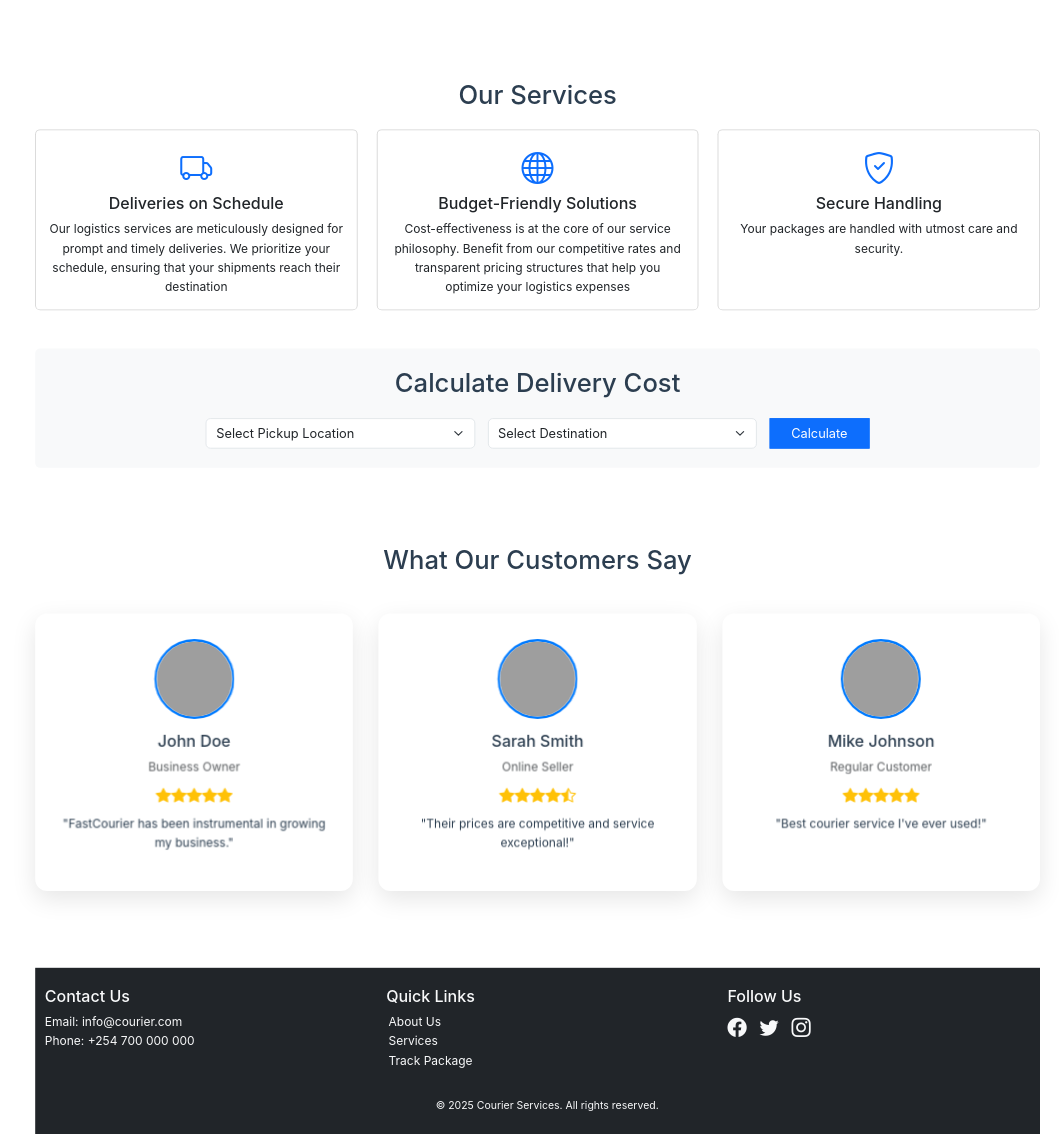
Repository: stancillous/package-yangu-logistics
Page: /
The author's editor kept a copy of each file at every save. The page is drawn from the files as they stood at one save, then again after a run of saves.
The browser window is 1280 px wide. The page is 1324 px wide, so the pictures cover 1324 px, including what lies to the right of the window. The pictures show the part of the page from y = 676 to 2094 px (the page is 2094 px tall), at 80% of full size.
Pictures or frames that could not be fetched are drawn as grey boxes. The project was rebuilt for these pictures with package versions that can differ from the ones it lists, and the page was loaded fresh each time. Also part of the build but not shown: vite.config.ts.

Above is the page before, as saved 2025-01-31 14:09:24.

### index.html
<!DOCTYPE html>
<html lang="">
  <head>
    <meta charset="UTF-8">
    <meta name="viewport" content="width=device-width, initial-scale=1.0">
    <link rel="icon" href="/favicon.ico">

    <!-- Bootstrap CSS -->
    <link href="https://cdn.jsdelivr.net/npm/bootstrap@5.3.0/dist/css/bootstrap.min.css" rel="stylesheet">
    <!-- Bootstrap Icons -->
    <link href="https://cdn.jsdelivr.net/npm/bootstrap-icons@1.11.1/font/bootstrap-icons.css" rel="stylesheet">

    <!-- Fonts -->

    <link rel="preconnect" href="https://fonts.googleapis.com">
    <link rel="preconnect" href="https://fonts.gstatic.com" crossorigin>
    <link href="https://fonts.googleapis.com/css2?family=Roboto:ital,wght@0,100..900;1,100..900&display=swap" rel="stylesheet">
    <title>Courier</title>

    <style>
      body{
        font-family: 'Roboto', sans-serif;
        overflow-x: hidden;
        width: 100vw;
      }

      button{
        border-radius: 0 !important;
      }

    </style>
  </head>
  <body>
    <div id="app"></div>


    <script type="module" src="/src/main.ts"></script>
    <!-- Bootstrap JS -->
    <script src="https://cdn.jsdelivr.net/npm/bootstrap@5.3.0/dist/js/bootstrap.bundle.min.js"></script>
  </body>
</html>

### src/main.ts
import './assets/main.css'

import { createApp } from 'vue'
import App from './App.vue'
import router from './router'

// import { BootstrapVue, BootstrapVueIcons } from 'bootstrap-vue'

// import 'bootstrap/dist/css/bootstrap.css'
// import 'bootstrap-vue/dist/bootstrap-vue.css'

const app = createApp(App)

// app.use(BootstrapVue)
// app.use(BootstrapVueIcons)

app.use(router)

app.mount('#app')

### src/App.vue
<script setup lang="ts">
import { RouterLink, RouterView } from 'vue-router'
import Index from './views/Index.vue'
</script>

<template>
  <div>
    <Index/>
  </div>

</template>

<style scoped>

body{
  border: 8px solid red !important;
}
</style>

### src/router/index.ts
import { createRouter, createWebHistory } from 'vue-router'
import Index from '../views/Index.vue'

const router = createRouter({
  history: createWebHistory(import.meta.env.BASE_URL),
  routes: [
    {
      path: '/',
      name: 'home',
      component: Index,
    },
    // {
    //   path: '/about',
    //   name: 'about',
    //   // route level code-splitting
    //   // this generates a separate chunk (About.[hash].js) for this route
    //   // which is lazy-loaded when the route is visited.
    //   component: () => import('../views/AboutView.vue'),
    // },
  ],
})

export default router

### src/views/Index.vue
<template>
    <div class="container">
      <nav class="navbar navbar-expand-lg navbar-light bg-white fixed-top shadow-sm">
        <div class="container">
          <a class="navbar-brand d-flex align-items-center" href="#">
            <i class="bi bi-box-seam fs-2 text-primary me-2"></i>
            <span class="fw-bold">FastCourier</span>
          </a>
          <button class="navbar-toggler" type="button" data-bs-toggle="collapse" data-bs-target="#navbarNav">
            <span class="navbar-toggler-icon"></span>
          </button>
          <div class="collapse navbar-collapse" id="navbarNav">
              <ul class="navbar-nav ms-auto">
                  <li><small class="text-uppercase"><a class="nav-link" href="#">home</a></small></li>
                  <li><small class="text-uppercase"><a class="nav-link" href="#">services</a></small></li>
                  <li><small class="text-uppercase"><a class="nav-link" href="#">about us</a></small></li>
                  <li><small class="text-uppercase"><a class="nav-link" href="#">news</a></small></li>
              </ul>
              <div class="ms-5">
                  <button class="btn btn-sm btn-outline-primary">CONTACT US</button>
              </div>
          </div>
        </div>
      </nav>

      <div class="content-wrapper">
        <div class="hero-section">
            <div class="hero-content">
                <h1 class="fw-bold  display-4">Seamless Shipping, <br> Unmatched Care</h1>
                <p class="card-text">Delivering Convenience with Every Shipment. Enjoy smooth logistics and outstanding customer service backed by our commitment to excellence.</p>
                <button class="btn btn-sm btn-light px-4 py-2 text-primary">Get Started</button>
            </div>
        </div>


        <!-- Services Section -->
        <div style="padding-top: 700px;" class="">
          <h2 class="text-center mb-4">Our Services</h2>
          <div class="row g-4">
            <div class="col-md-4">
              <div class="card h-100">
                <div class="card-body text-center">
                  <i class="bi bi-truck fs-1 text-primary mb-3"></i>
                  <h5 class="card-title">Deliveries on Schedule</h5>
                  <p class="card-text">Our logistics services are meticulously designed for prompt and timely deliveries. We prioritize your schedule, ensuring that your shipments reach their destination</p>
                </div>
              </div>
            </div>
            <div class="col-md-4">
              <div class="card h-100">
                <div class="card-body text-center">
                  <i class="bi bi-globe fs-1 text-primary mb-3"></i>
                  <h5 class="card-title">Budget-Friendly Solutions</h5>
                  <p class="card-text">Cost-effectiveness is at the core of our service philosophy. Benefit from our competitive rates and transparent pricing structures that help you optimize your logistics expenses</p>
                </div>
              </div>
            </div>
            <div class="col-md-4">
              <div class="card h-100">
                <div class="card-body text-center">
                  <i class="bi bi-shield-check fs-1 text-primary mb-3"></i>
                  <h5 class="card-title">Secure Handling</h5>
                  <p class="card-text">Your packages are handled with utmost care and security.</p>
                </div>
              </div>
            </div>
          </div>
        </div>

        <!-- Delivery Calculator -->
        <div class="calculator-section my-5 py-4 bg-light rounded">
          <h2 class="text-center mb-4">Calculate Delivery Cost</h2>
          <div class="row justify-content-center">
            <div class="col-md-8">
              <div class="row g-3">
                <div class="col-md-5">
                  <select v-model="pickup" class="form-select">
                    <option value="" disabled selected>Select Pickup Location</option>
                    <option value="nairobi">Nairobi</option>
                    <option value="mombasa">Mombasa</option>
                    <option value="kisumu">Kisumu</option>
                    <option value="nakuru">Nakuru</option>
                    <option value="eldoret">Eldoret</option>
                  </select>
                </div>
                <div class="col-md-5">
                  <select v-model="destination" class="form-select">
                    <option value="" disabled selected>Select Destination</option>
                    <option value="nairobi">Nairobi</option>
                    <option value="mombasa">Mombasa</option>
                    <option value="kisumu">Kisumu</option>
                    <option value="nakuru">Nakuru</option>
                    <option value="eldoret">Eldoret</option>
                  </select>
                </div>
                <div class="col-md-2">
                  <button @click="calculatePrice" class="btn btn-primary w-100">Calculate</button>
                </div>
              </div>
              <div v-if="price" class="mt-4 text-center">
                <h4>Estimated Cost: KES {{ price }}</h4>
              </div>
            </div>
          </div>
        </div>

        <!-- Reviews Section -->
        <div class="reviews-section my-5 py-5">
          <h2 class="text-center mb-5">What Our Customers Say</h2>
          <div class="reviews-grid">
            <div class="review-card">
              <div class="review-image">
                <img src="https://randomuser.me/api/portraits/men/32.jpg" alt="John Doe">
              </div>
              <h5 class="mt-3">John Doe</h5>
              <p class="text-muted mb-2">Business Owner</p>
              <div class="rating mb-2">
                <i class="bi bi-star-fill text-warning"></i>
                <i class="bi bi-star-fill text-warning"></i>
                <i class="bi bi-star-fill text-warning"></i>
                <i class="bi bi-star-fill text-warning"></i>
                <i class="bi bi-star-fill text-warning"></i>
              </div>
              <p>"FastCourier has been instrumental in growing my business."</p>
            </div>

            <div class="review-card">
              <div class="review-image">
                <img src="https://randomuser.me/api/portraits/women/44.jpg" alt="Sarah Smith">
              </div>
              <h5 class="mt-3">Sarah Smith</h5>
              <p class="text-muted mb-2">Online Seller</p>
              <div class="rating mb-2">
                <i class="bi bi-star-fill text-warning"></i>
                <i class="bi bi-star-fill text-warning"></i>
                <i class="bi bi-star-fill text-warning"></i>
                <i class="bi bi-star-fill text-warning"></i>
                <i class="bi bi-star-half text-warning"></i>
              </div>
              <p>"Their prices are competitive and service exceptional!"</p>
            </div>

            <div class="review-card">
              <div class="review-image">
                <img src="https://randomuser.me/api/portraits/men/67.jpg" alt="Mike Johnson">
              </div>
              <h5 class="mt-3">Mike Johnson</h5>
              <p class="text-muted mb-2">Regular Customer</p>
              <div class="rating mb-2">
                <i class="bi bi-star-fill text-warning"></i>
                <i class="bi bi-star-fill text-warning"></i>
                <i class="bi bi-star-fill text-warning"></i>
                <i class="bi bi-star-fill text-warning"></i>
                <i class="bi bi-star-fill text-warning"></i>
              </div>
              <p>"Best courier service I've ever used!"</p>
            </div>
          </div>
        </div>

        <!-- Footer -->
        <footer class="bg-dark text-light py-4 mt-5">
          <div class="container">
            <div class="row">
              <div class="col-md-4">
                <h5>Contact Us</h5>
                <p>Email: info@courier.com<br>
                   Phone: +254 700 000 000</p>
              </div>
              <div class="col-md-4">
                <h5>Quick Links</h5>
                <ul class="list-unstyled">
                  <li><a href="#" class="text-light">About Us</a></li>
                  <li><a href="#" class="text-light">Services</a></li>
                  <li><a href="#" class="text-light">Track Package</a></li>
                </ul>
              </div>
              <div class="col-md-4">
                <h5>Follow Us</h5>
                <div class="fs-4">
                  <i class="bi bi-facebook me-3"></i>
                  <i class="bi bi-twitter me-3"></i>
                  <i class="bi bi-instagram"></i>
                </div>
              </div>
            </div>
            <div class="text-center mt-3">
              <small>&copy; 2025 Courier Services. All rights reserved.</small>
            </div>
          </div>
        </footer>
      </div>
    </div>
  </template>

  <script>
  export default {
    name: 'Index',
    data() {
      return {
        pickup: '',
        destination: '',
        price: null
      }
    },
    methods: {
      calculatePrice() {
        if (this.pickup && this.destination) {
          // Generate a random price between 1000 and 5000
          this.price = Math.floor(Math.random() * (5000 - 1000 + 1)) + 1000;
        }
      }
    }
  }
  </script>

  <style scoped>

.hero-section {
    position: absolute;
    left: 0;
  width: 100vw;
  height: 600px;
  background-image: url('https://images.unsplash.com/photo-1578575437130-527eed3abbec');
  background-size: cover;
  background-position: center;
  /* position: relative; */
  display: flex;
  align-items: center;
  justify-content: center;
  color: white;
  margin-left: calc(-50vw + 50%);
  margin-right: calc(-50vw + 50%);
}

.hero-section::before {
  content: '';
  position: absolute;
  top: 0;
  left: 0;
  width: 100%;
  height: 100%;
  background: rgba(0, 0, 0, 0.6);
}

.hero-content {
  position: relative;
  z-index: 2;
  max-width: 800px;
  text-align: left;
  padding: 0 1rem;
}

  button{
    border-radius: 0 !important;
  }
  .container {
      width: 100vw;
      max-width: 1500px;
      margin: auto;
  }

  .content-wrapper {
      margin-top: 76px;
  }

  .carousel-caption {
    background: rgba(0, 0, 0, 0.5);
    padding: 2rem;
    border-radius: 10px;
  }

  .card {
    transition: transform 0.3s;
  }

  .card:hover {
    transform: translateY(-5px);
  }

  .reviews-grid {
      display: grid;
      grid-template-columns: repeat(auto-fit, minmax(300px, 1fr));
      gap: 2rem;
      perspective: 1000px;
  }

  .review-card {
      background: white;
      border-radius: 15px;
      padding: 2rem;
      text-align: center;
      box-shadow: 0 10px 30px rgba(0, 0, 0, 0.1);
      transition: transform 0.5s;
      transform-style: preserve-3d;
  }

  .review-card:hover {
      transform: translateZ(20px) rotateX(5deg);
  }

  .review-image {
      width: 100px;
      height: 100px;
      margin: 0 auto;
      border-radius: 50%;
      overflow: hidden;
      border: 3px solid #007bff;
  }

  .review-image img {
      width: 100%;
      height: 100%;
      object-fit: cover;
  }

  .rating {
      font-size: 1.2rem;
  }

  @media (max-width: 768px) {
      .reviews-grid {
          grid-template-columns: 1fr;
      }
  }
  </style>

Loaded but not shown: src/assets/main.css (common file); src/assets/base.css (common file)

After the next 3 saves:
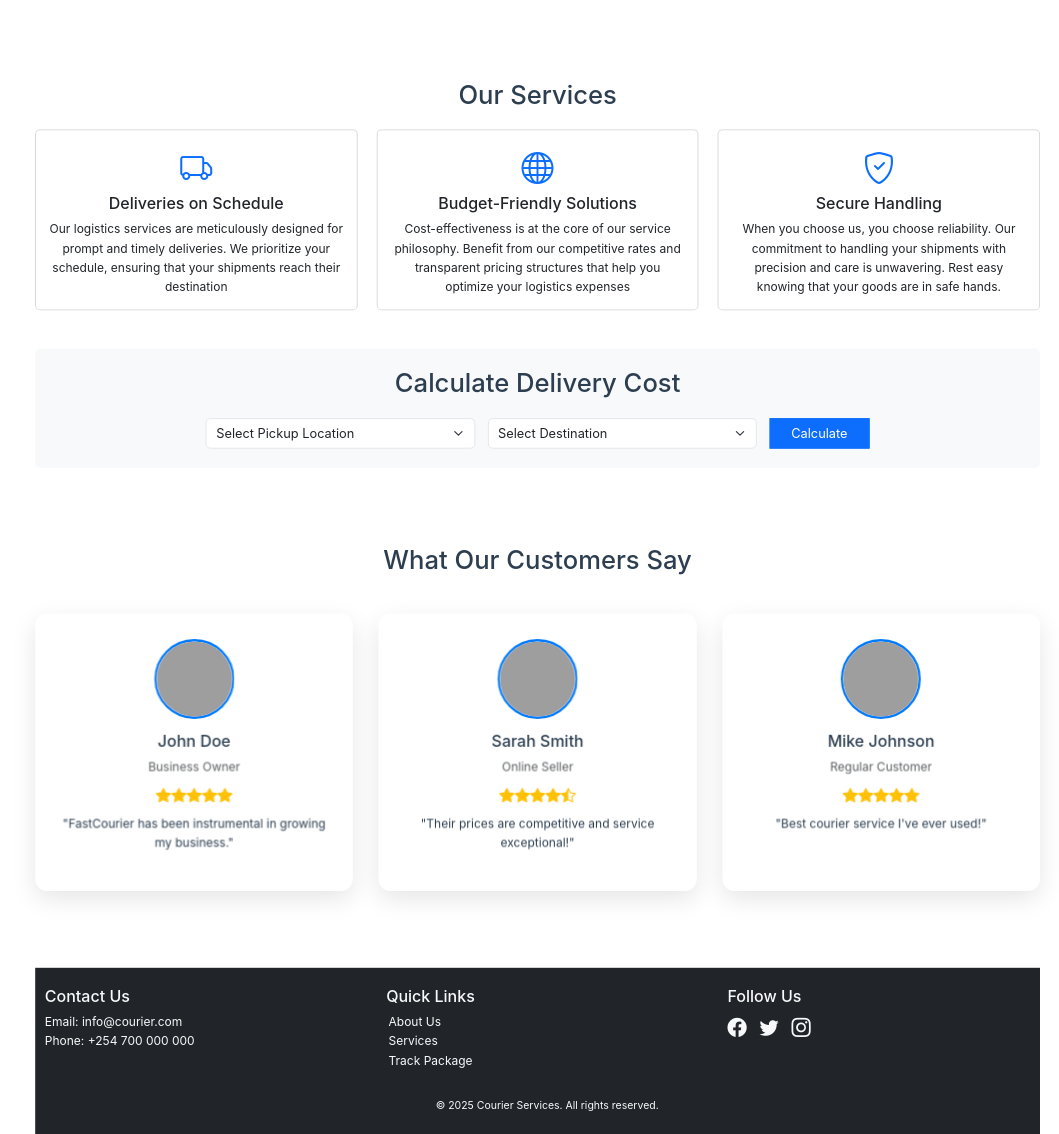
The 3 saves are shown as one change because they came seconds apart.
The last was saved 9 s later.
--- a/src/views/Index.vue
+++ b/src/views/Index.vue
@@ -60,7 +60,7 @@
                 <div class="card-body text-center">
                   <i class="bi bi-shield-check fs-1 text-primary mb-3"></i>
                   <h5 class="card-title">Secure Handling</h5>
-                  <p class="card-text">Your packages are handled with utmost care and security.</p>
+                  <p class="card-text">When you choose us, you choose reliability. Our commitment to handling your shipments with precision and care is unwavering. Rest easy knowing that your goods are in safe hands.</p>
                 </div>
               </div>
             </div>
